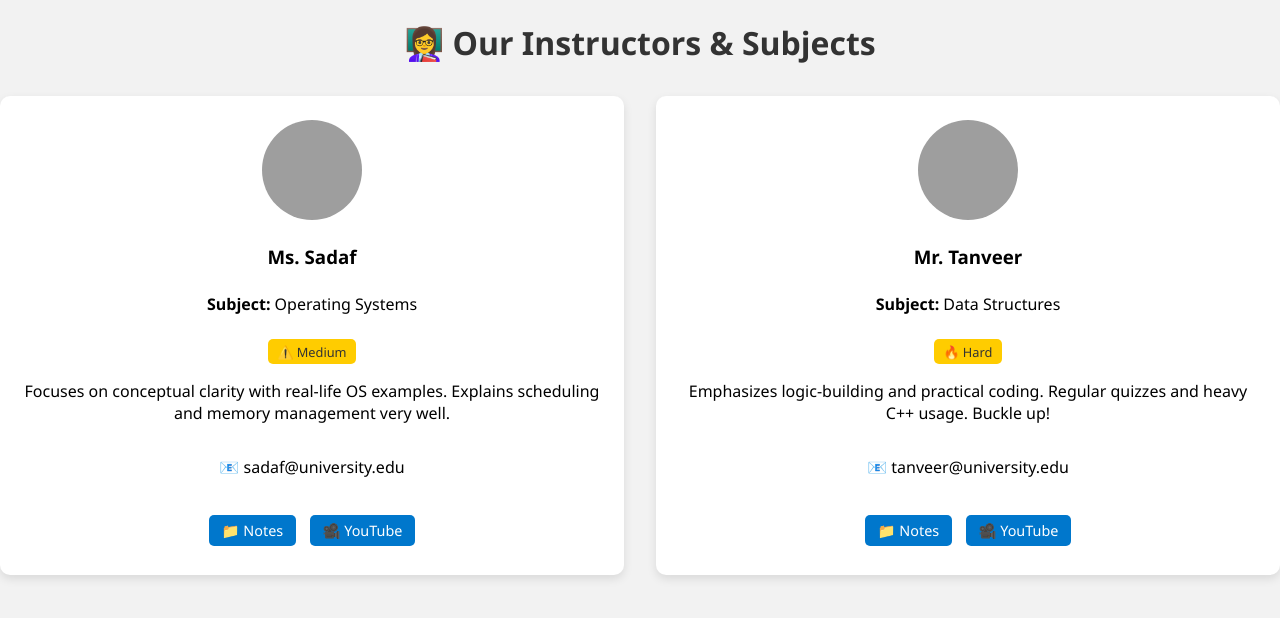
Repository: MariamSawera/eduNova
Page: subjects.html
An editor plug-in stored every save of this project. The page is shown before and after the next save, followed by the edit.
The browser window is 1280 px wide. The pictures show the whole page.
Pictures or frames that could not be fetched are drawn as grey boxes.

Above is the page before, as saved 2025-07-23 19:21:31.

After the next save:
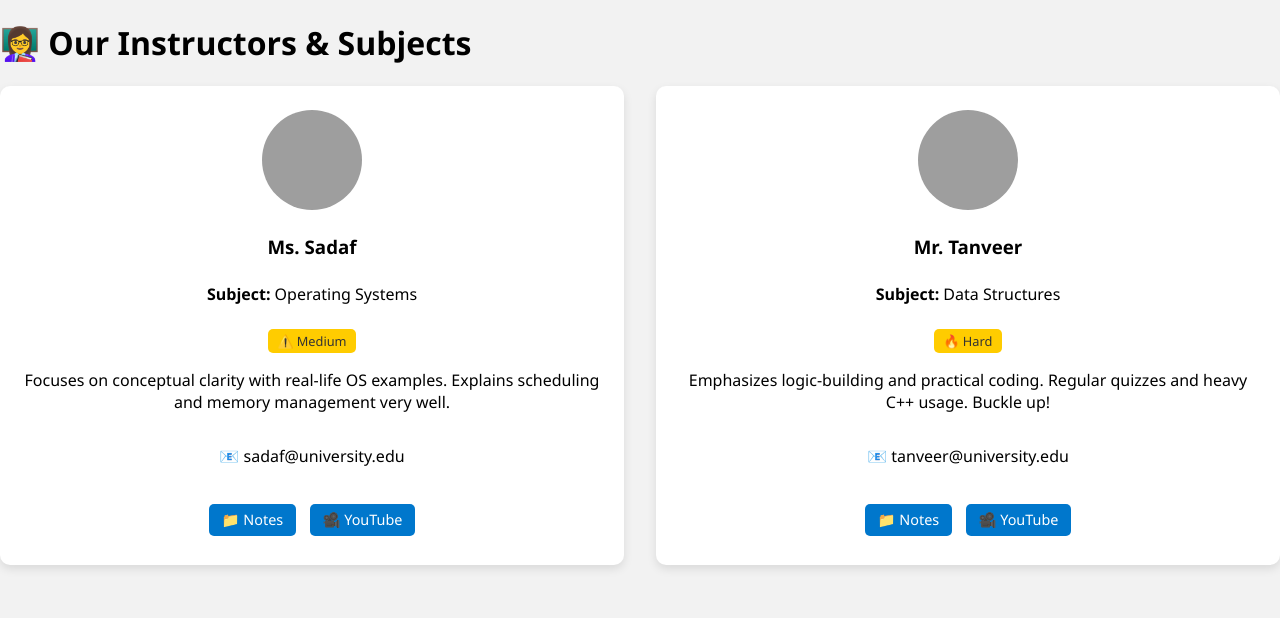
Saved 19 s later.
--- a/subjects.html
+++ b/subjects.html
@@ -7,11 +7,7 @@
   <style>
 
 
-    h1 {
-      text-align: center;
-      margin-bottom: 2rem;
-      color: #333;
-    }
+
 
     .instructor-grid {
       display: grid;
